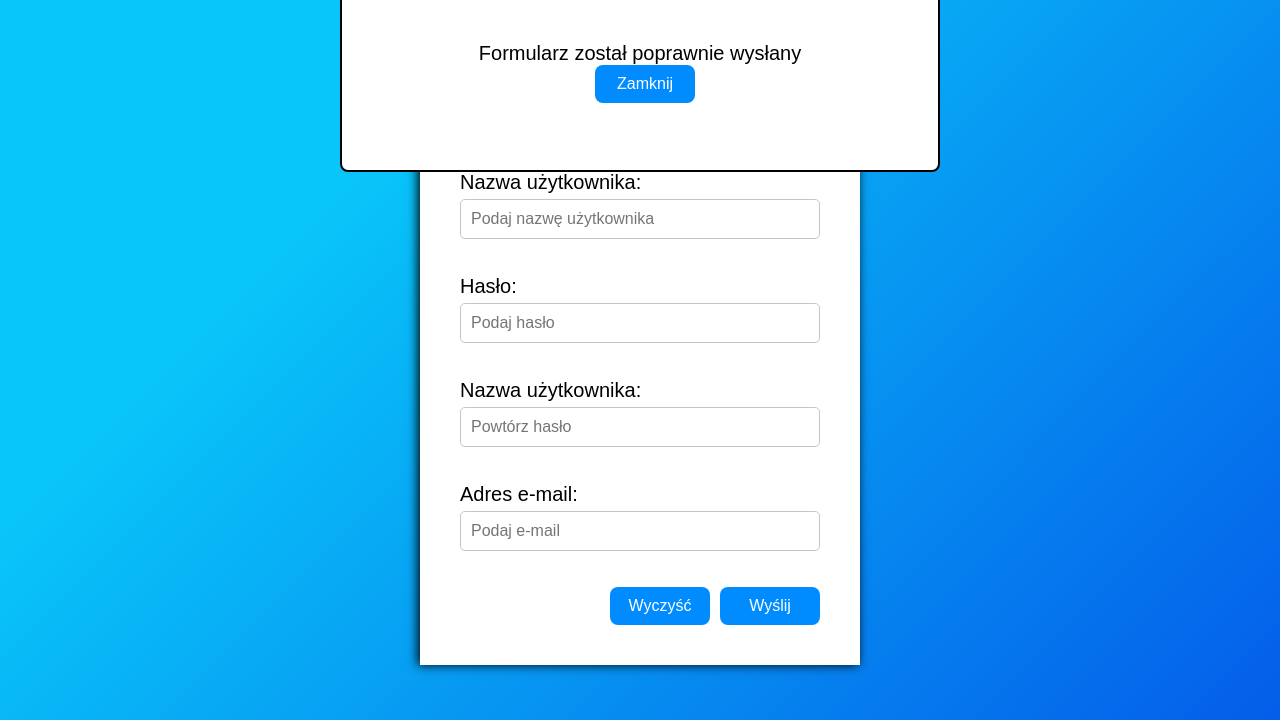
Repository: KrzysKolo/Projekt-3_Formularz-rejestracyjny
Page: index.html
The author's editor kept a copy of each file at every save. The page is drawn from the files as they stood at one save, then again after the next save.
The browser window is 1280 px wide. The pictures show the whole page.
Some web fonts or font styles are not loaded; a fallback is used.

Above is the page before, as saved 2020-07-04 03:46:34.

After the next save:
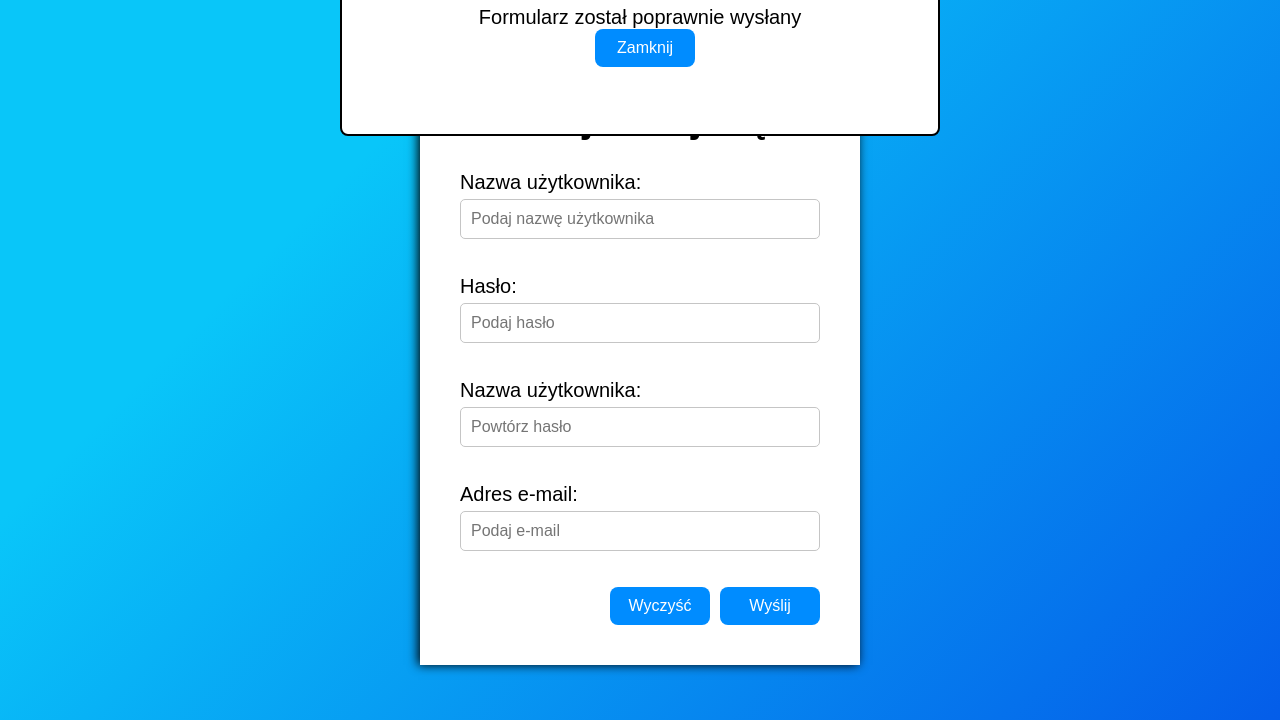
Saved 5 s later.
--- a/css/style.css
+++ b/css/style.css
@@ -83,7 +83,7 @@ h1 {
   align-items: center;
   flex-direction: column;
   position: absolute;
-  top: 10%;
+  top: 5%;
   left: 50%;
   transform: translate(-50%, -50%);
   width: 600px;
